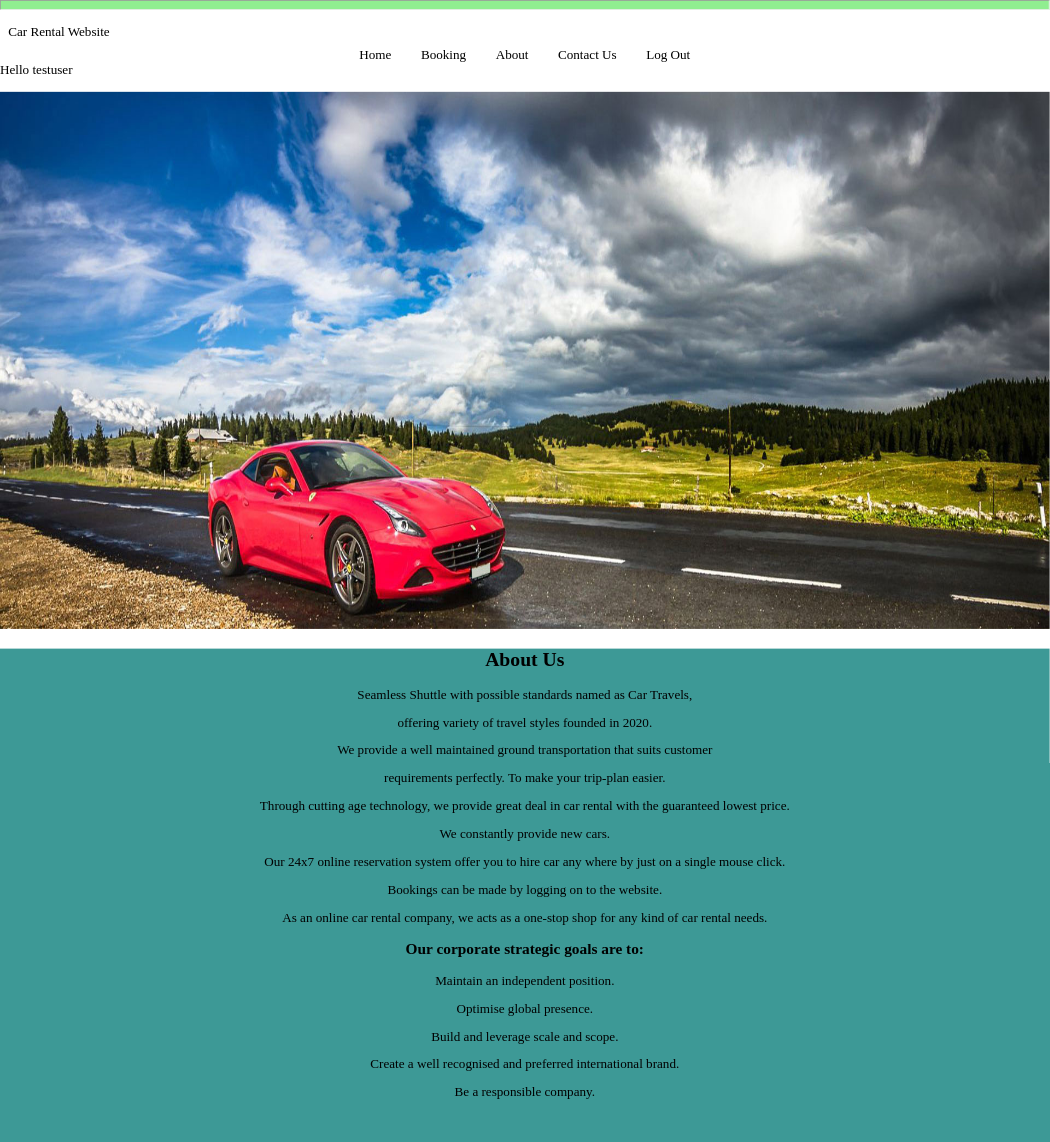
Repository: Datta2901/Car-Rental-Management-System
Page: http://localhost/Php/UserHome.php
An editor plug-in stored every save of this project. The page is shown before and after the next save, followed by the edit.
The browser window is 1280 px wide. The pictures show the whole page, at 82% of full size.
The page is run by PHP 8.4 with error messages shown; the project is at /var/www/html/. The session is filled in as if someone had signed in: {"username": "testuser"}.

Above is the page before, as saved 2021-05-12 18:32:05.

After the next save:
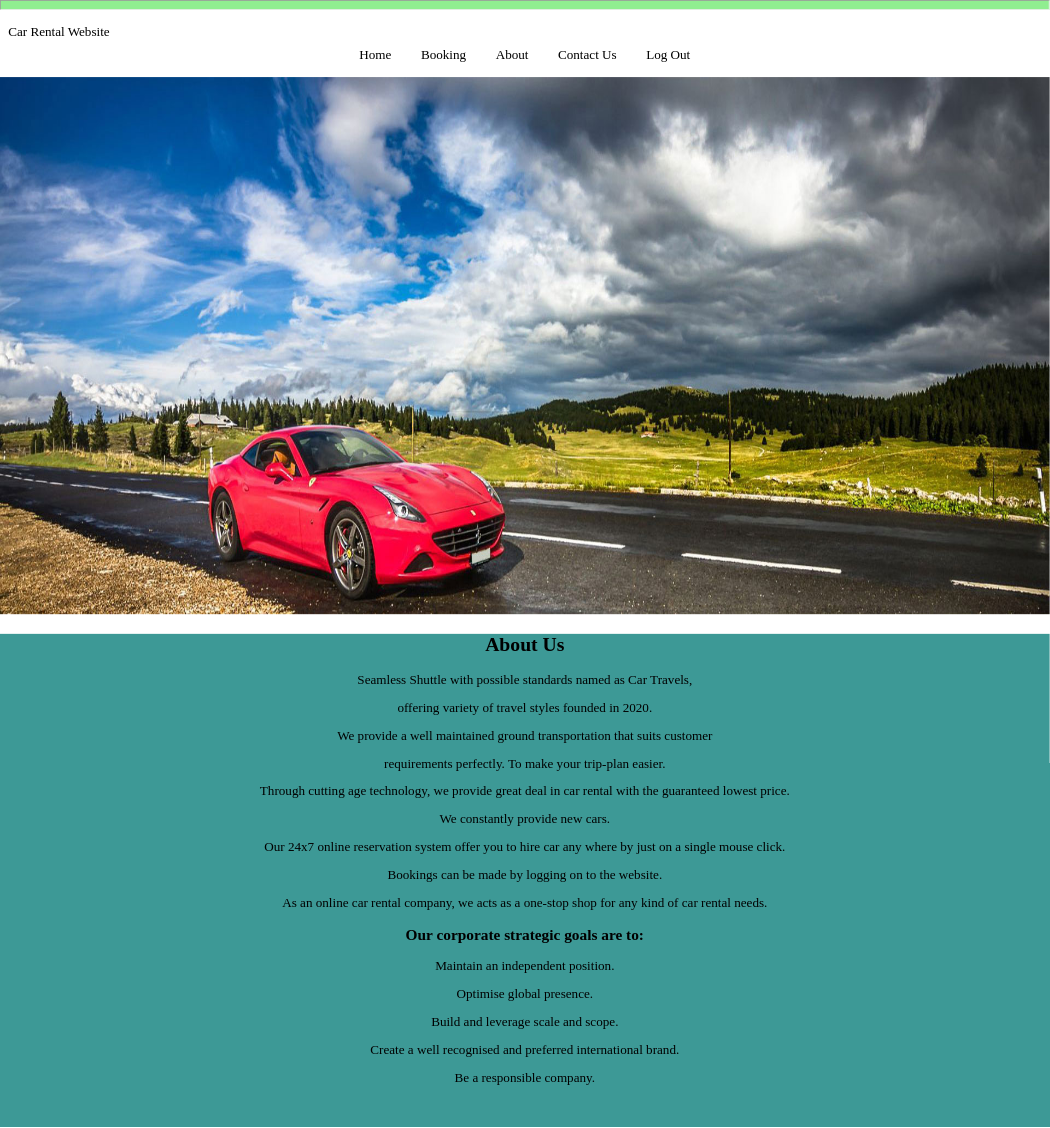
Saved 20 s later.
--- a/Php/UserHome.php
+++ b/Php/UserHome.php
@@ -21,7 +21,7 @@
                   <a href = "./Login.html">Log Out </a>
               </nav>
           </center>
-          <?php echo "Hello ".$_SESSION['username']; ?>
+          <!-- <?php echo "Hello ".$_SESSION['username']; ?> -->
         </div>
         <br>
         <img class = "car"  src = "./../images/Car.jpg" alt = "This is a image2 ">
